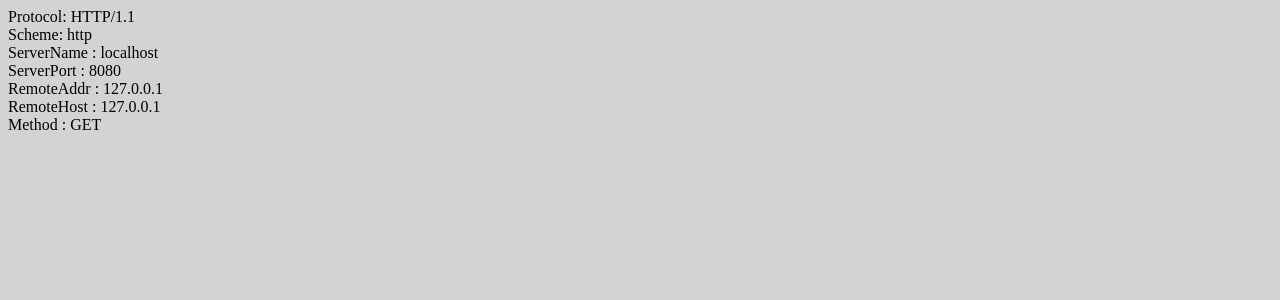
Repository: aymenhamim/java1
Page: http://localhost/jsp/Infos.jsp
An editor plug-in stored every save of this project. The page is shown before and after the next save, followed by the edit.
The browser window is 1280 px wide. The pictures show the whole page.
The page is served by Tomcat 9.

Above is the page before, as saved 2025-11-29 09:33:29.

After the next save:
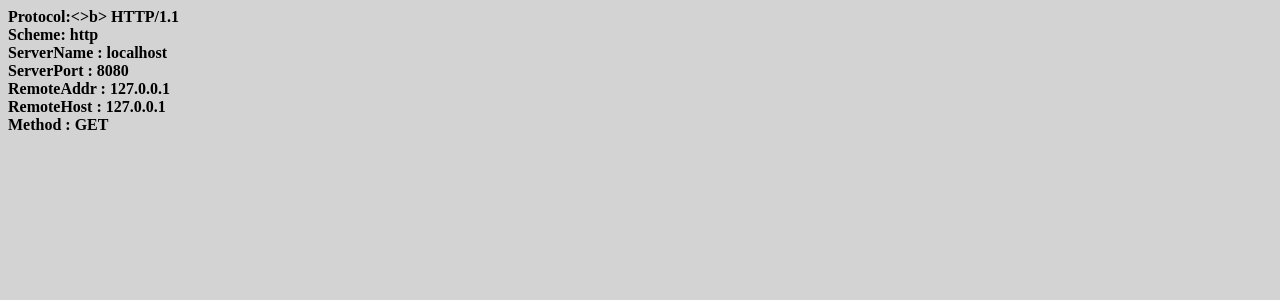
Saved 59 s later.
--- a/supemir/jsp/WebContent/Infos.jsp
+++ b/supemir/jsp/WebContent/Infos.jsp
@@ -1,6 +1,6 @@
 <%@ page language="java" contentType="text/html; charset=ISO-8859-1"
     pageEncoding="ISO-8859-1"%>
-<!DOCTYPE html>
+<!DOCTYPE html PUBLIC "-//W3C//DTD HTML 4.01 Transitional//EN" "http://www.w3.org/TR/html4/loose.dtd">
 <html>
 <head>
 <meta http-equiv="Content-Type" content="text/html; charset=ISO-8859-1">
@@ -8,13 +8,13 @@
 </head>
 <body bgColor="lightgray">
 
-	Protocol: <%= request.getProtocol() %><br>
-	Scheme: <%= request.getScheme() %><br>
-	ServerName : <%= request.getServerName() %><br>
-	ServerPort : <% out.println(request.getServerPort()); %><br>
-	RemoteAddr : <% out.println(request.getRemoteAddr()); %><br>
-	RemoteHost : <% out.println(request.getRemoteHost()); %><br>
-	Method : <%= request.getMethod() %><br>
+	<b>Protocol:<></>b> <%= request.getProtocol() %><br>
+	<b>Scheme: <%= request.getScheme() %><br>
+	<b>ServerName : <%= request.getServerName() %><br>
+	<b>ServerPort : <% out.println(request.getServerPort()); %><br>
+	<b>RemoteAddr : <% out.println(request.getRemoteAddr()); %><br>
+	<b>RemoteHost : <% out.println(request.getRemoteHost()); %><br>
+	<b>Method : <%= request.getMethod() %><br>
 
 </body>
 </html>
